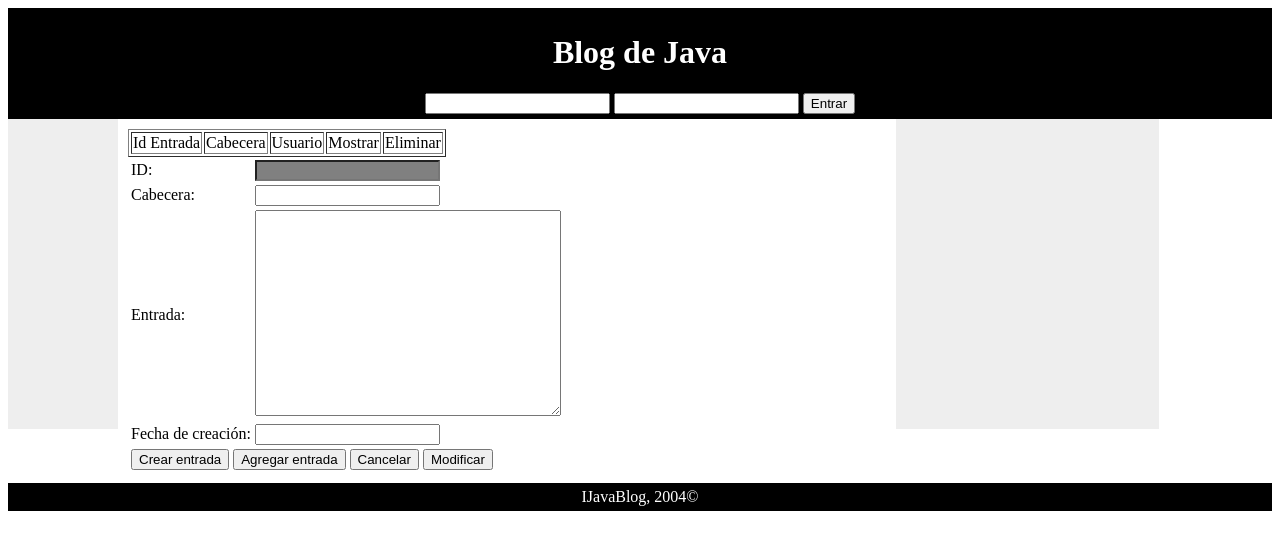
Repository: alruis/IJavaDreamBlog
Page: http://localhost/IJavaBlog/jsp/blog/inicio.jsp
The author's editor kept a copy of each file at every save. The page is drawn from the files as they stood at one save, then again after the next save.
The browser window is 1280 px wide. The pictures show the whole page.
The page is served by Tomcat 9. Nobody is signed in. The application's start-up code is not run. The template is opened directly, without the code that normally fills it, so the values that code supplies are empty.

Above is the page before, as saved 2014-09-25 08:03:23.
Console error: ReferenceError: init is not defined

After the next save:
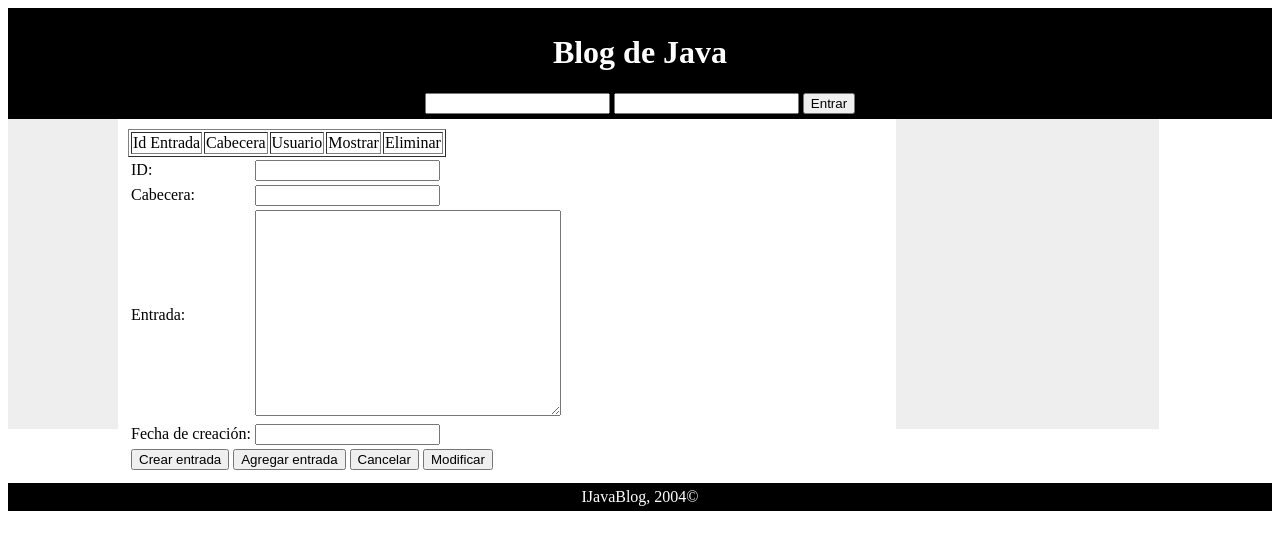
Saved 78 s later.
--- a/IJavaBlog/WebContent/jsp/blog/inicio.jsp
+++ b/IJavaBlog/WebContent/jsp/blog/inicio.jsp
@@ -169,7 +169,7 @@
 		<table>
 		<tr>
 				<td>ID:</td>
-				<td><form:input path="idEntrada" readonly="true" cssStyle="background-color: gray;color:white;"/> </td>
+				<td><form:input path="idEntrada" readonly="true" /> </td>
 			</tr>
 			<tr>
 				<td>Cabecera:</td>
